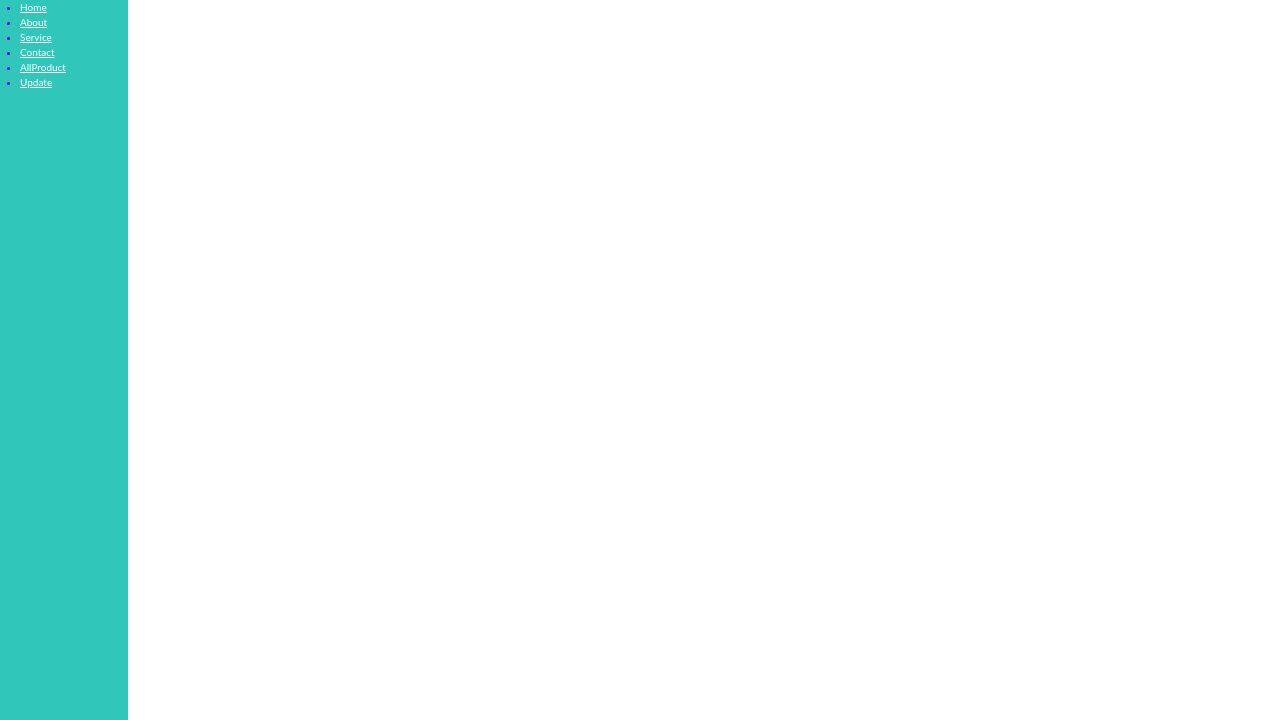
Repository: Hothidani/React
Page: /Order (app in exa/my-react-router-A/)
These files come from the project's save history. The page is drawn as it stood at one moment and after the next save; the edit follows.
The browser window is 1280 px wide. The pictures show the whole page.
The project was rebuilt for these pictures with package versions that can differ from the ones it lists, and the page was loaded fresh each time. Also part of the build but not shown: exa/my-react-router-A/src/component/Navigation.js, exa/my-react-router-A/src/component/Home.js, exa/my-react-router-A/src/component/About.js, exa/my-react-router-A/src/component/Service.js, exa/my-react-router-A/src/component/Contact.js, exa/my-react-router-A/src/component/AllProduct.js, exa/my-react-router-A/src/component/Add.js, exa/my-react-router-A/src/component/Routes.js.

Above is the page before, as saved 2021-05-11 15:20:28.

### exa/my-react-router-A/public/index.html
<!DOCTYPE html>
<html lang="en">
  <head>
    <meta charset="utf-8" />
    <link rel="icon" href="%PUBLIC_URL%/favicon.ico" />
    <meta name="viewport" content="width=device-width, initial-scale=1" />
    <meta name="theme-color" content="#000000" />

    <meta
      name="description"
      content="Web site created using create-react-app"
    />
    <link rel="apple-touch-icon" href="%PUBLIC_URL%/logo192.png" />
    <!--
      manifest.json provides metadata used when your web app is installed on a
      user's mobile device or desktop. See https://developers.google.com/web/fundamentals/web-app-manifest/
    -->
    <link rel="manifest" href="%PUBLIC_URL%/manifest.json" />
    <link href="%PUBLIC_URL%/../../src/index.css">
    <link rel="stylesheet" href="https://maxcdn.bootstrapcdn.com/bootstrap/3.4.1/css/bootstrap.min.css">
    <script src="https://ajax.googleapis.com/ajax/libs/jquery/3.5.1/jquery.min.js"></script>
    <script src="https://maxcdn.bootstrapcdn.com/bootstrap/3.4.1/js/bootstrap.min.js"></script>
    <!--
      Notice the use of %PUBLIC_URL% in the tags above.
      It will be replaced with the URL of the `public` folder during the build.
      Only files inside the `public` folder can be referenced from the HTML.

      Unlike "/favicon.ico" or "favicon.ico", "%PUBLIC_URL%/favicon.ico" will
      work correctly both with client-side routing and a non-root public URL.
      Learn how to configure a non-root public URL by running `npm run build`.
    -->
    <title>React App</title>
  </head>
  <body>
    <noscript>You need to enable JavaScript to run this app.</noscript>
    <div id="root"></div>
    <!--
      This HTML file is a template.
      If you open it directly in the browser, you will see an empty page.

      You can add webfonts, meta tags, or analytics to this file.
      The build step will place the bundled scripts into the <body> tag.

      To begin the development, run `npm start` or `yarn start`.
      To create a production bundle, use `npm run build` or `yarn build`.
    -->
  </body>
</html>

### exa/my-react-router-A/src/index.js
import React from 'react';
import ReactDOM from 'react-dom';
import App from "./App";
// import AddForm from './App';
import reportWebVitals from './reportWebVitals';

ReactDOM.render(
  <React.StrictMode>
    <App></App>
  </React.StrictMode>,
  document.getElementById('root')
);

// If you want to start measuring performance in your app, pass a function
// to log results (for example: reportWebVitals(console.log))
// or send to an analytics endpoint. Learn more: https://bit.ly/CRA-vitals
reportWebVitals();

### exa/my-react-router-A/src/App.js
import React, { Component } from 'react';
import './App.css';
import './css.css';

import { BrowserRouter as Router, Route, NavLink, Link, Switch } from 'react-router-dom';
import Routers from './component/Routes';


const colorWord = { color: 'White' }
class App extends Component {
  render() {
    return (
      <Router>
{/* className="d-inline" */}
        <div className="a">
          <div className="d-inline">
          <nav>
            <ul>
              <li ><Link to="/" style={colorWord}>Home</Link></li>
              <li ><Link to="/About" style={colorWord} >About</Link></li>
              <li > <Link to="/Service" style={colorWord}>Service</Link></li>
              <li > <Link to="/Contact" style={colorWord}>Contact</Link></li>
              <li > <Link to="/AllProduct" style={colorWord}>AllProduct</Link></li>
              <li > <Link to="/Update" style={colorWord}>Update</Link></li>
            </ul>
          </nav>

          </div>
          <div className="d-inline">
              <Switch>
                {this.showContentMenu(Routers)}
            </Switch>
          </div>
        </div>

      </Router>
    );

  }
  showContentMenu = (Routers) => {
    var result = null;
    if (Routers.length > 0) {
      result = Routers.map((route, index) => {
        return (

          <Route key={index} path={route.path} exact={route.exact} component={route.main} />
        );
      });
    }
    return result;
  }

}

export default App;

### exa/my-react-router-A/src/App.css
.App {
  text-align: center;
}

nav{
  /* display: flex;
  justify-content: space-around; */
  /* align-items: center; */
  min-height: 10vh;
  width: 10%;
  height: 100vh;
  background: rgb(48, 199, 186);
  color:blue;
}
li{
  width: 100px;
}
/*
.nav-link{
  width: 50%;
  display: flex;
  align-items: center;
  justify-content: space-around;
  list-style: none;
  color: black;
} */



/* .row{
  display: flex;
  align-items: center;
} */

### exa/my-react-router-A/src/css.css
* {
    padding: 0;
    margin: 0;
    border: none;
    font-family: 'Lato', sans-serif;
    box-sizing: border-box;
}

html {
    background-color: white;
    text-rendering: optimizeLegibility;
}

.clearfix::after {
    content: "";
    display: table;
    clear: both;
}

.form-control {
    border-radius: 40px;
    border-top-left-radius: 40px;
    border-top-right-radius: 40px;
    border-bottom-right-radius: 40px;
    border-bottom-left-radius: 40px;
}

.content-input {
    width: 500px;
    /* background: #00FFFF; */
}

.content-input-flex {
    display: flex;
    justify-content: space-between;
}

.content-input-footer {
    font-size: 18px;
    display: flex;
    justify-content: center;
}

.footer-logo {
    display: flex;
    justify-content: center;
}

input[class=form-control] {
    background: transparent;
    -webkit-border-radius: 20px;
    -moz-border-radius: 20px;
    border-radius: 20px;
    border: 1px solid none;
    color: #BB0000;
    width: 100%;
    padding-left: 10px;
}

input[class=form-control]:focus {
    outline: none;
    background: #99FFFF;
    border: 1px solid #2da8d9;
    color: #f33838;
}

input[class=form-control]:hover {
    background: #CCFFFF;
    border: 1px solid #2da8d9;
}

.content-input-wrap {
    border-radius: 10px;
    border: rgb(120, 199, 223);
    background-color: rgba(156, 212, 210, 0.4);
    position: relative;
    color: rgba(255, 255, 255, 0.2);
    /* box-shadow: 0px 20px 20px rgb(0 0 0 / 10%), 0px 30px 26px rgb(0 0 0 / 10%); */
}

.content-input-wrap h3 {
    font-weight: 300;
    color: #2da8d9;
}

.content-input-wrap .social {
    width: 100%;
}

.content-input-wrap .social a {
    width: 100%;
    display: block;
    border: 1px solid #00FFFF;
    color: rgba(243, 75, 9, 0.2);
    background: #99CCFF;
}

.content-input-wrap .social a:hover {
    background: rgba(214, 106, 5, 0.2);
    color: rgba(255, 255, 255, 0.2);
    border-color: #00FFFF;
}

.buttonn{
    display: flex;
    justify-content: space-around;
    align-items: center;
    min-width: 5%;

}

Loaded but not shown: exa/my-react-router-A/src/reportWebVitals.js (common file)

After the next save:
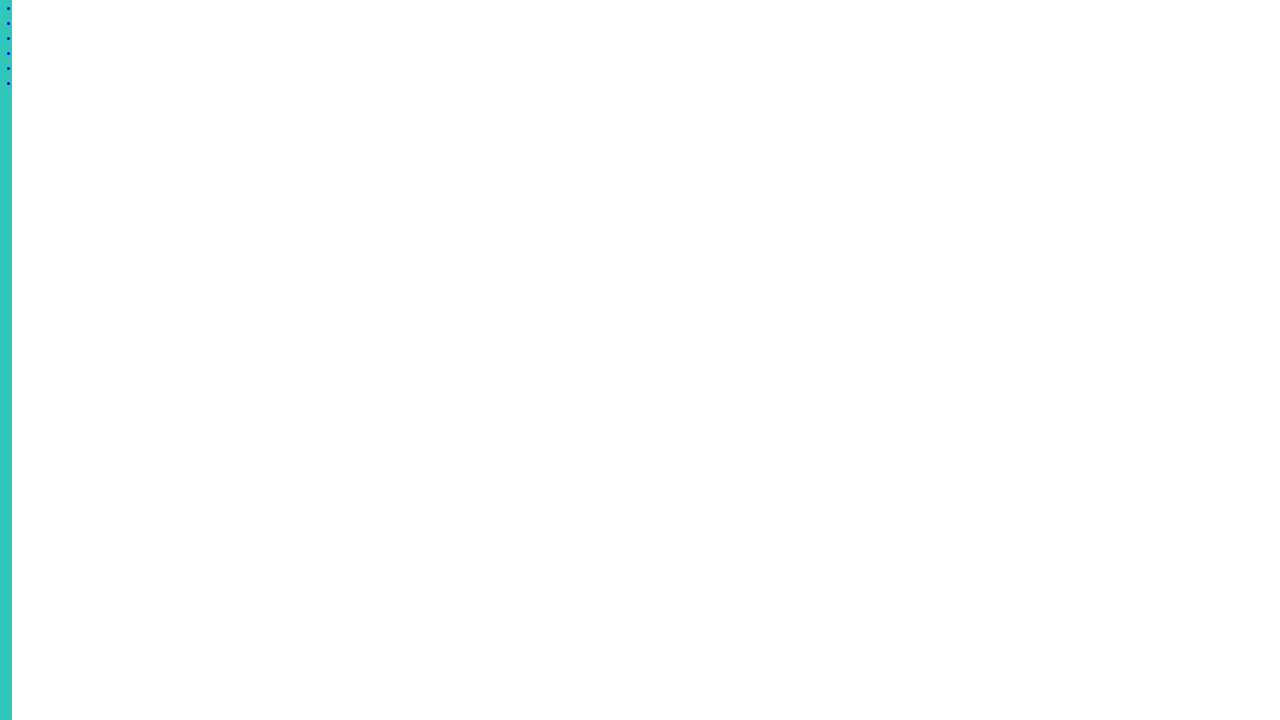
Saved 26 s later.
--- a/exa/my-react-router-A/src/App.css
+++ b/exa/my-react-router-A/src/App.css
@@ -25,7 +25,9 @@ li{
   color: black;
 } */
 
-
+.a{
+  display: flex;
+}
 
 /* .row{
   display: flex;
